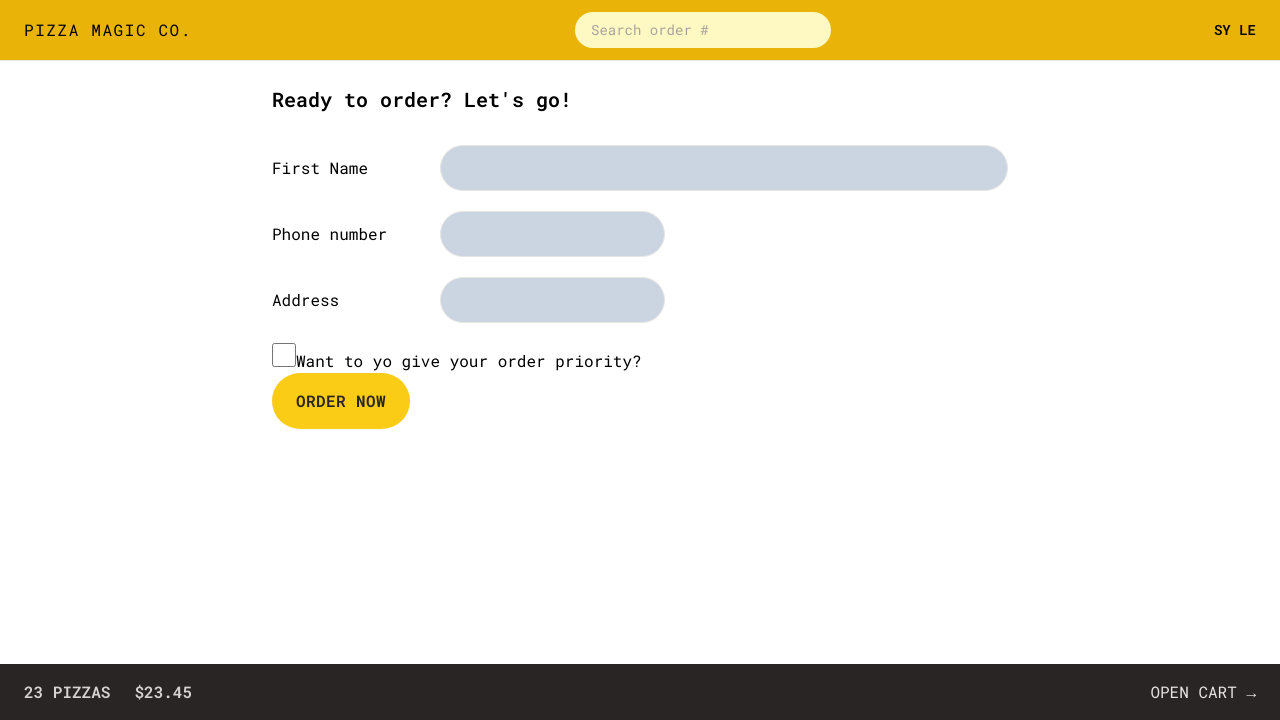
Repository: SyLe-Van/The-Pizza-Magic-web
Page: /order/new
The author's editor kept a copy of each file at every save. The page is drawn from the files as they stood at one save, then again after the next save.
The browser window is 1280 px wide. The pictures show the whole page.
The project was rebuilt for these pictures with package versions that can differ from the ones it lists, and the page was loaded fresh each time. Also part of the build but not shown: vite.config.js, src/features/user/CreateUser.jsx, src/ui/Home.jsx, src/ui/Loader.jsx, src/features/menu/Menu.jsx, src/ui/LinkButton.jsx, src/utils/helpers.js, src/features/cart/CartItem.jsx and 3 more. Imported but missing from the stored project, and not drawn on this page: src/features/menu/MenuItem.

Above is the page before, as saved 2024-07-28 18:46:17.

After the next save:
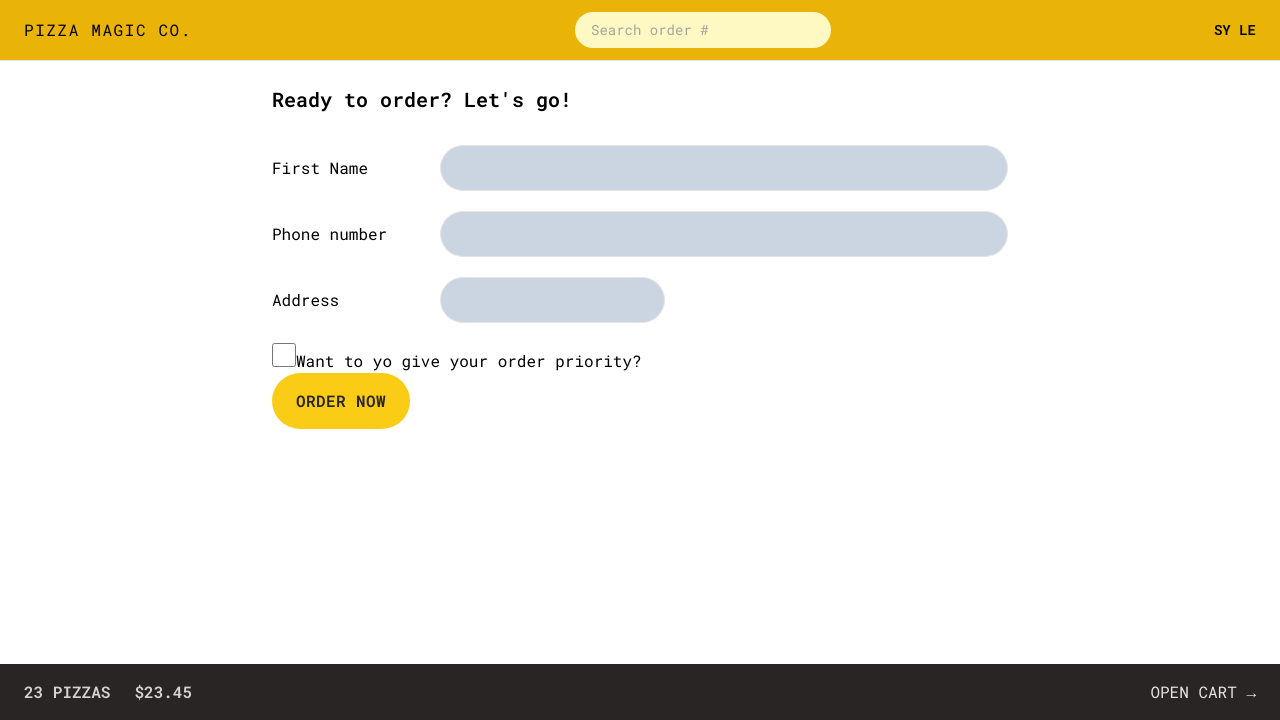
Saved 28 s later.
--- a/src/features/order/CreateOrder.jsx
+++ b/src/features/order/CreateOrder.jsx
@@ -53,7 +53,7 @@ function CreateOrder() {
         <div className="mb-5 flex gap-2 flex-col sm:flex-row sm:items-center">
           <label className="sm:basis-40">Phone number</label>
           <div className="grow">
-            <input className="input" type="tel" name="phone" required />
+            <input className="input w-full" type="tel" name="phone" required />
           </div>
           {formErrors?.phone && <p>{formErrors.phone}</p>}
         </div>
